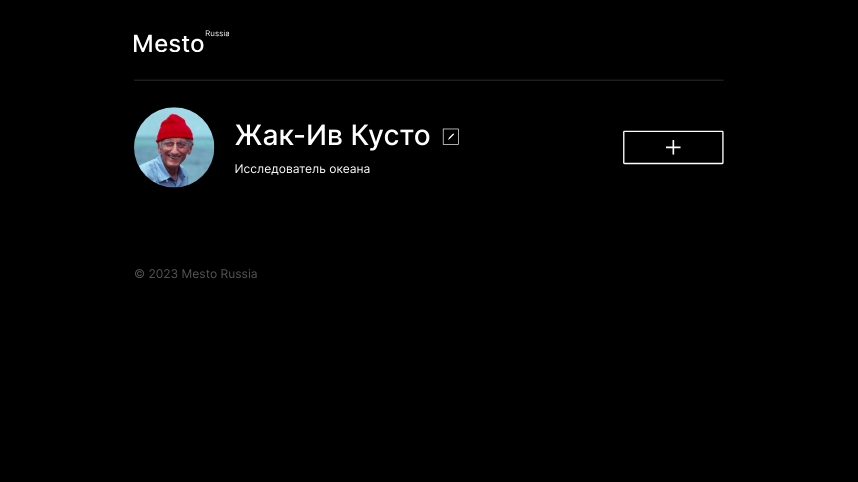
Repository: Dmitry-Rusinov/mesto
Page: index.html
These files come from the project's save history. The page is drawn as it stood at one moment and after the next save; the edit follows.
The browser window is 1280 px wide. The pictures show the whole page, at 67% of full size.

Above is the page before, as saved 2023-05-12 15:23:50.
Console error: TypeError: Cannot read properties of null (reading 'cloneNode')

After the next save:
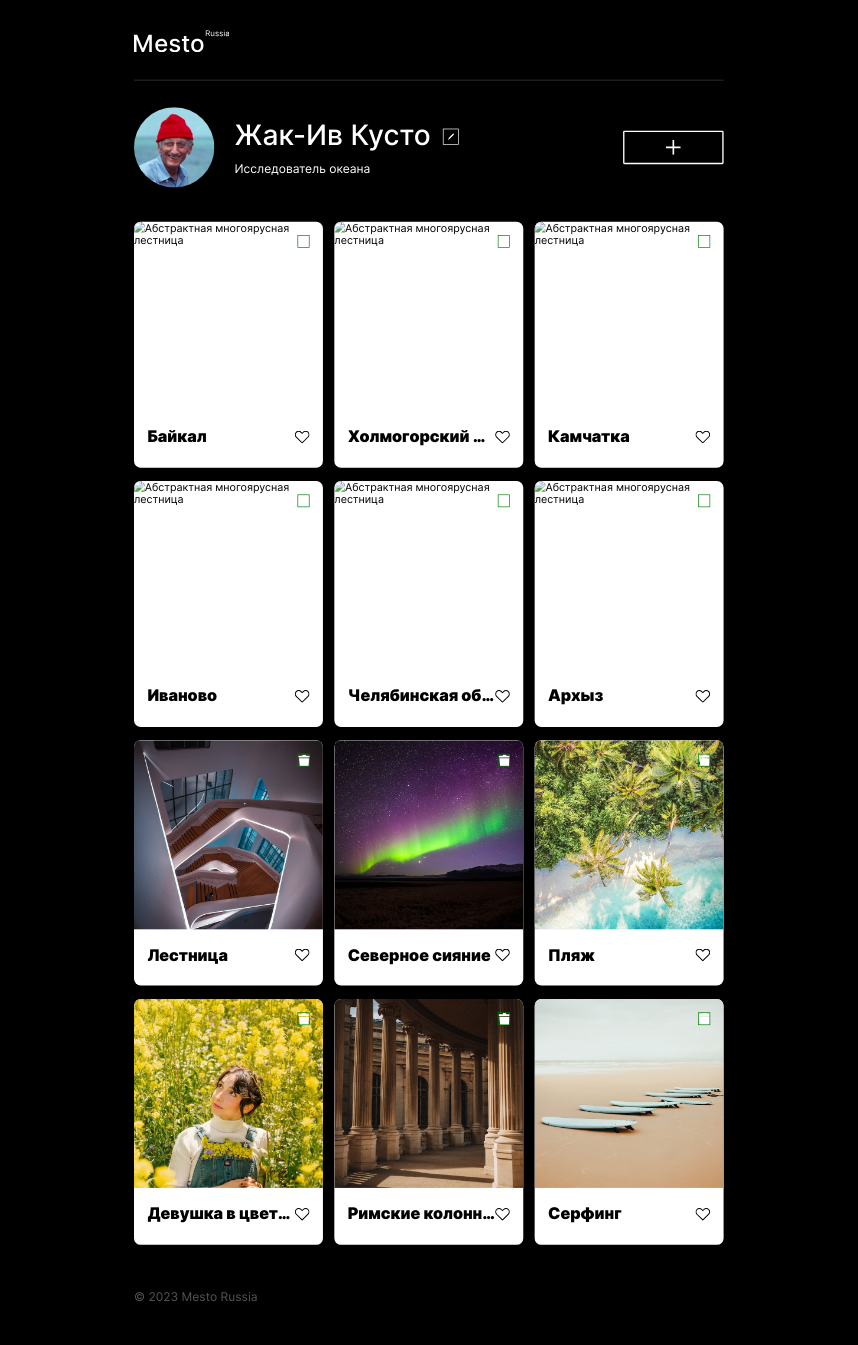
The error is gone.
Saved 5 min 0 s later.
--- a/index.html
+++ b/index.html
@@ -38,7 +38,7 @@
           ></button>
         </section>
         <section class="elements">
-          <article class="elements__card">
+          <ul class="elements__card">
             <template id="elements__card-content">
               <img
                 alt="Абстрактная многоярусная лестница"
@@ -56,7 +56,7 @@
                 </div>
               </div>
             </template>
-            <!--<li class="elements__card-content">
+            <li class="elements__card-content">
               <img
                 src="./images/andrea-de-santis-Hu1ixxtInvs-unsplash.jpg"
                 alt="Абстрактная многоярусная лестница"
@@ -163,8 +163,8 @@
                   ></button>
                 </div>
               </div>
-            </li>-->
-          </article>
+            </li>
+          </ul>
         </section>
       </main>
       <footer class="footer">
